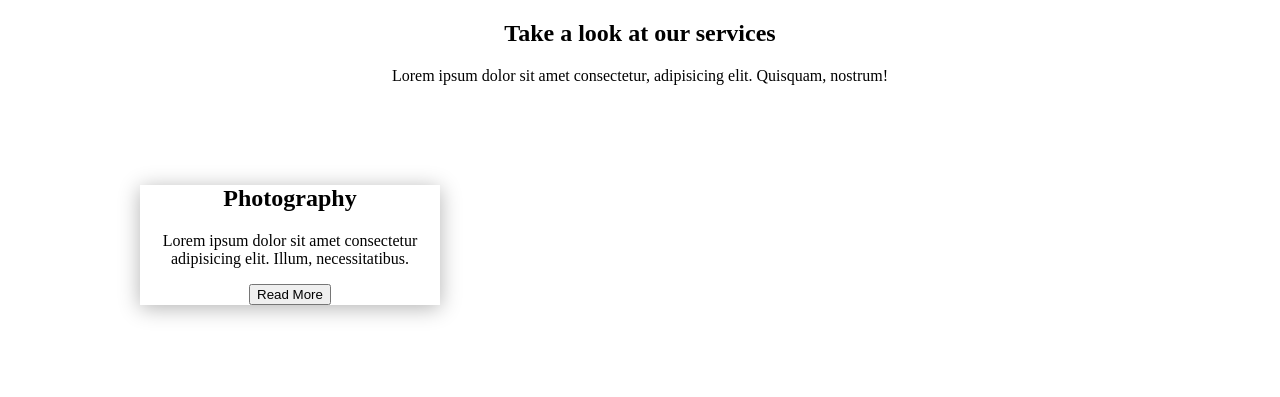
Repository: truongtn04/f8-fullstack-k5
Page: day05/ex03.html
The author's editor kept a copy of each file at every save. The page is drawn from the files as they stood at one save, then again after the next save.
The browser window is 1280 px wide. The pictures show the whole page.

Above is the page before, as saved 2023-12-04 11:42:35.

After the next save:
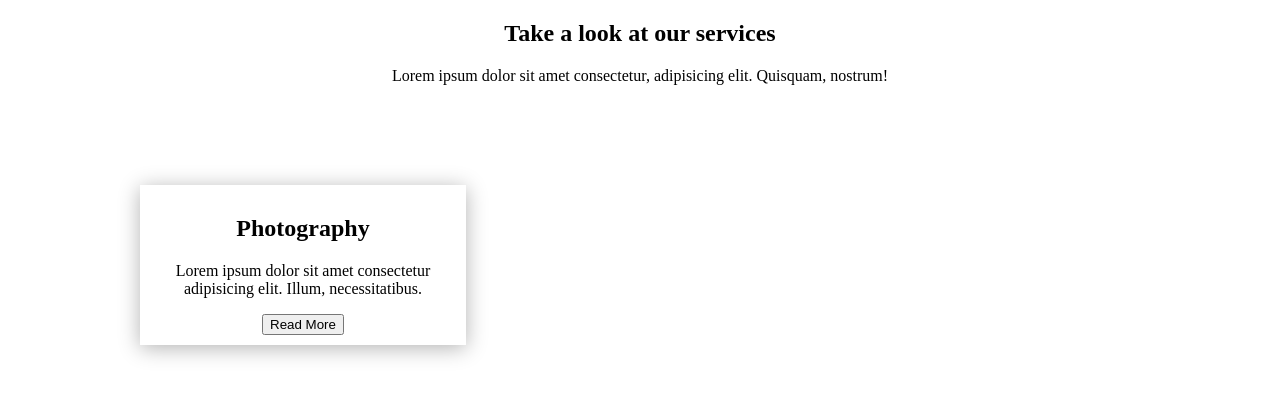
Saved 28 s later.
--- a/day05/css/ex03.css
+++ b/day05/css/ex03.css
@@ -9,4 +9,5 @@ section{
 .item{
     width: 300px;
     box-shadow: 0 3px 20px rgba(0, 0, 0, 0.3);
+    padding: 10px 13px;
 }
